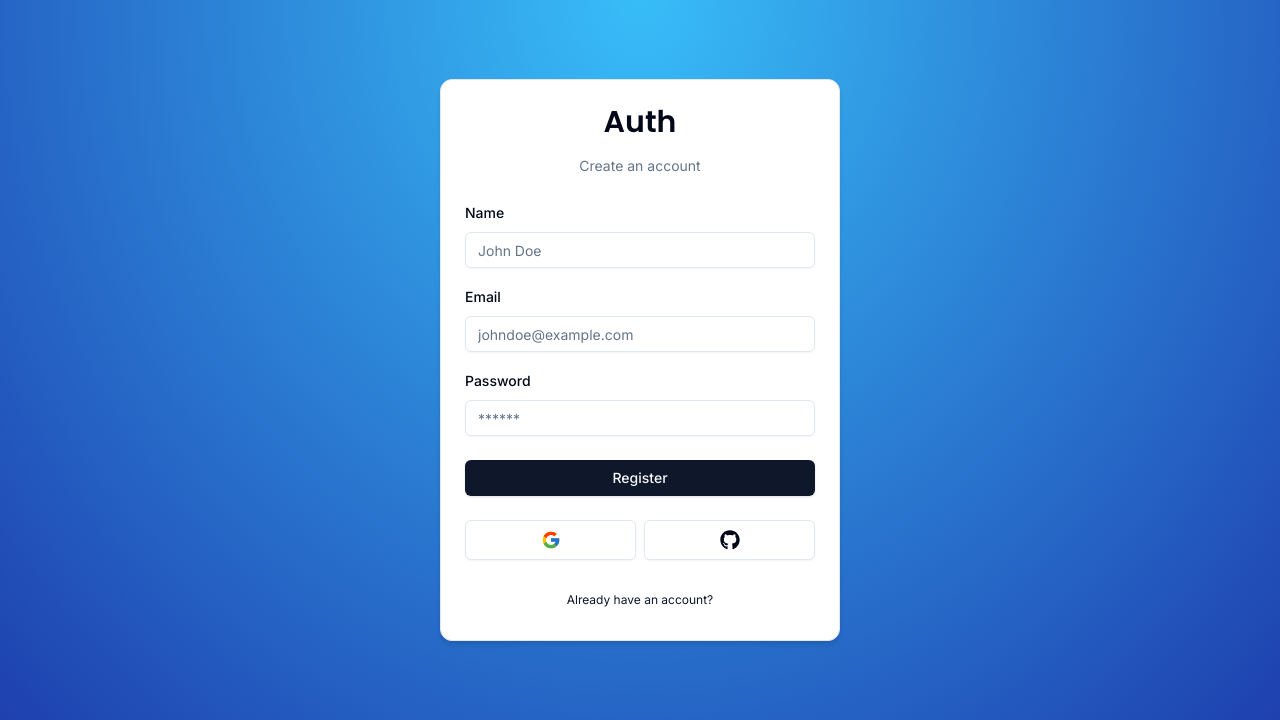
Repository: DevLaukey/next-auth-role-based
Page: /auth/register
The author's editor kept a copy of each file at every save. The page is drawn from the files as they stood at one save, then again after the next save.
The browser window is 1280 px wide. The pictures show the whole page.
The project was rebuilt for these pictures with package versions that can differ from the ones it lists, and the page was loaded fresh each time. The framework's server and built-in components were replaced by stand-ins that run in the browser. Also part of the build but not shown: next.config.js, components/form-error.tsx, components/form-success.tsx.

Above is the page before, as saved 2024-01-16 03:32:30.

After the next save:
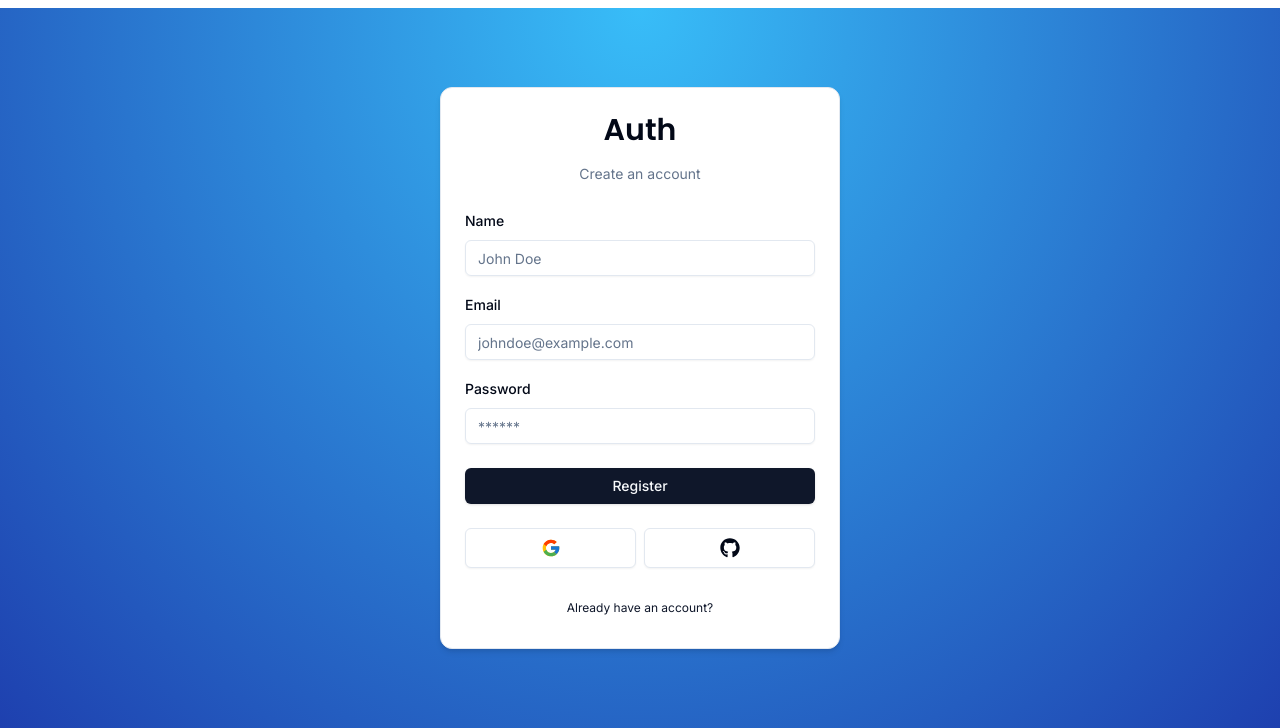
Saved 10 s later.
--- a/app/auth/layout.tsx
+++ b/app/auth/layout.tsx
@@ -2,7 +2,7 @@
 
 function AuthLayout({ children }: { children: React.ReactNode }) {
   return (
-    <div className="h-full flex items-center justify-center  bg-[radial-gradient(ellipse_at_top,_var(--tw-gradient-stops))] from-sky-400 to-blue-800">
+    <div className="h-full my-2 flex items-center justify-center  bg-[radial-gradient(ellipse_at_top,_var(--tw-gradient-stops))] from-sky-400 to-blue-800">
       {children}
     </div>
   );

After the save that followed:
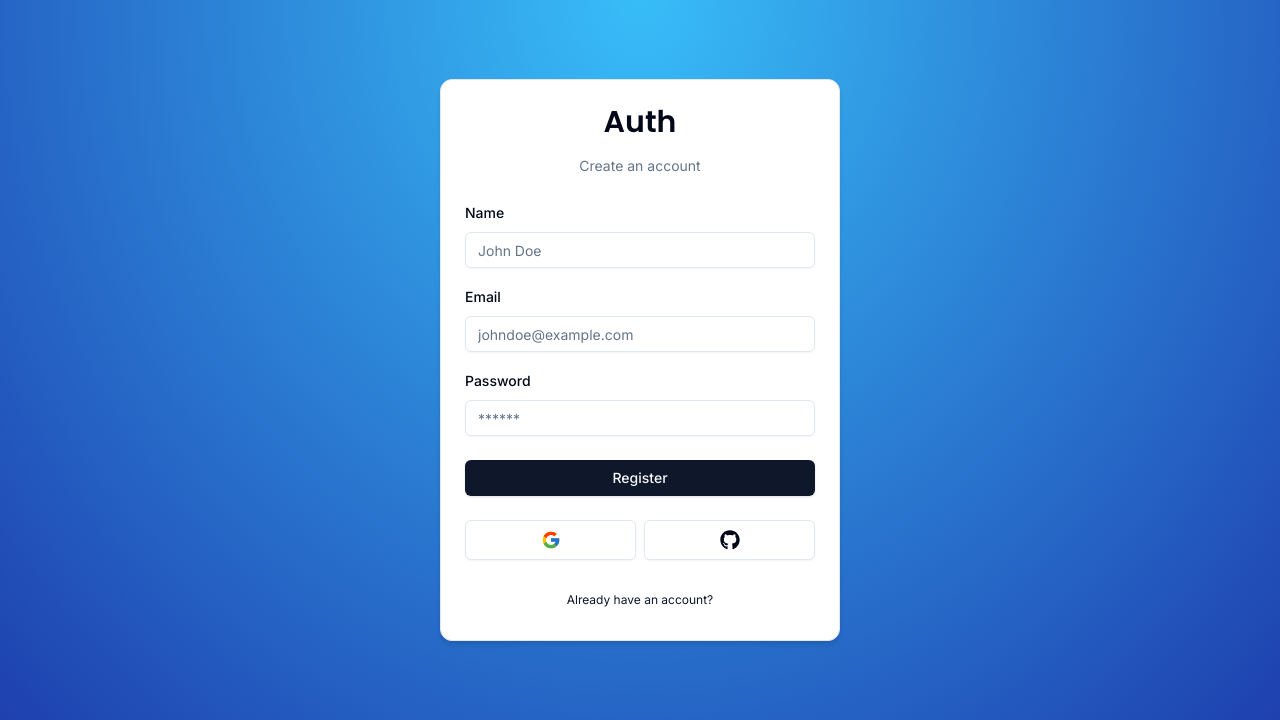
Saved 6 s later.
--- a/app/auth/layout.tsx
+++ b/app/auth/layout.tsx
@@ -2,7 +2,7 @@
 
 function AuthLayout({ children }: { children: React.ReactNode }) {
   return (
-    <div className="h-full my-2 flex items-center justify-center  bg-[radial-gradient(ellipse_at_top,_var(--tw-gradient-stops))] from-sky-400 to-blue-800">
+    <div className="h-full py-2 flex items-center justify-center  bg-[radial-gradient(ellipse_at_top,_var(--tw-gradient-stops))] from-sky-400 to-blue-800">
       {children}
     </div>
   );
